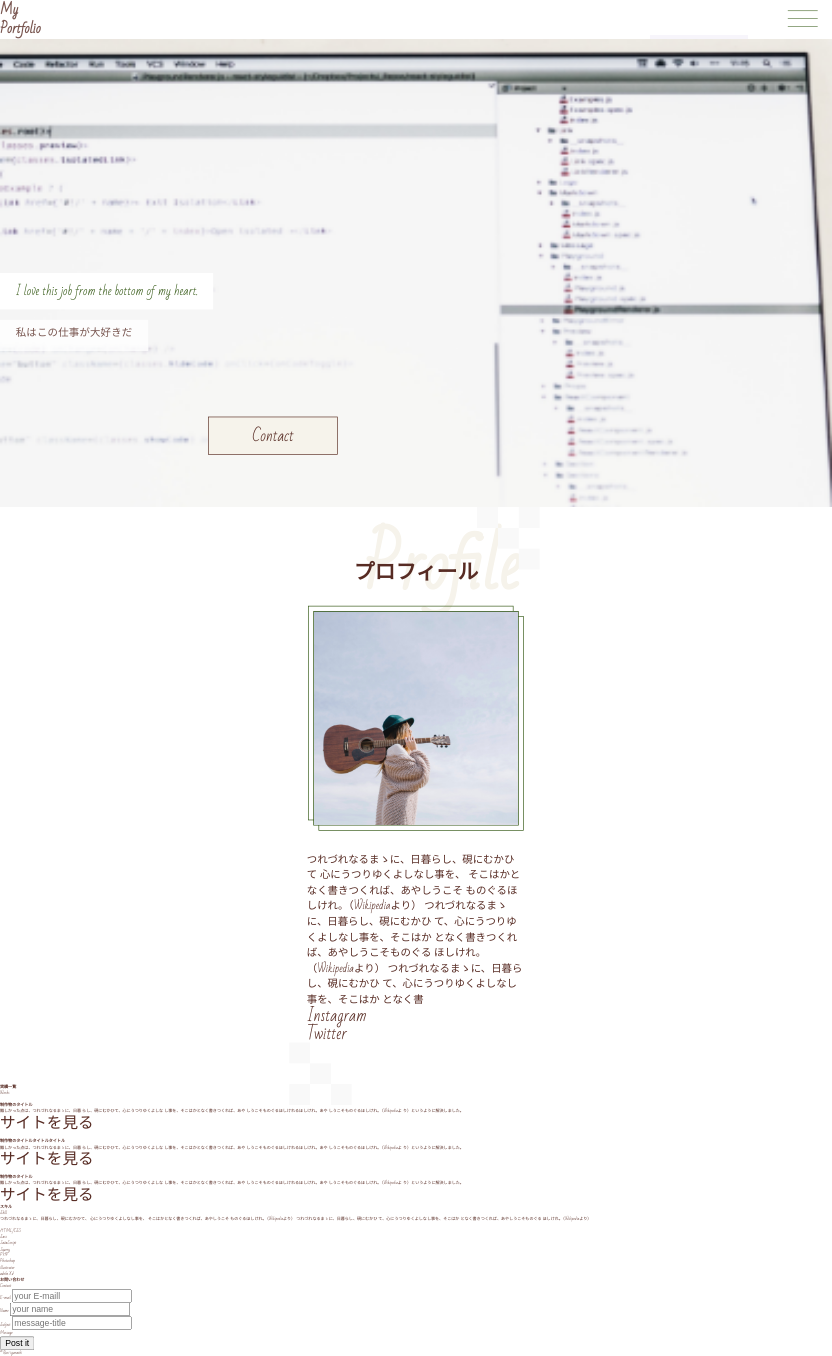
Repository: ppmp556/igarashi.kakuu
Page: index.html
An editor plug-in stored every save of this project. The page is shown before and after the next save, followed by the edit.
The browser window is 1280 px wide. The pictures show the whole page, at 65% of full size.
Some web libraries are served in a nearby version. The style sheet was rebuilt from its Sass, Less or Tailwind sources for each picture, by a compiler version that may differ from the author's.

Above is the page before, as saved 2020-10-25 17:43:56.
Console error: TypeError: Cannot read properties of null (reading 'addEventListener')

### index.html
<!DOCTYPE html>
<html lang="ja">
    <head>
        <meta charset="UTF-8">
        <meta name="viewport" content="width=device-width, initial-scale=1.0, maximum-scale=1.0, minimum-scale=1.0">
        <link rel="stylesheet" href="faundation.css" type="text/css">
        <link rel="stylesheet" href="./css/style.css" type="text/css">
        <link href="https://use.fontawesome.com/releases/v5.6.1/css/all.css" rel="stylesheet">
        <link href="https://fonts.googleapis.com/css?family=Bad+Script" rel="stylesheet">
        <link href="https://fonts.googleapis.com/css?family=Sawarabi+Gothic" rel="stylesheet">
        <link rel="img" href="image">
        <title>架空LP</title>

    </head>
    <body>

        <div class="container">
            <header class="header">
                <h1 class="header_ttl">
                    <a href="index.html" class="header_link">My Portfolio</a><!-- /.header_link -->
                </h1><!-- /.header_ttl -->
                <nav class="nav">
                    <div class="nav_wrapper" id="nav_lists">
                        <!-- ハンバーガーメニュー部分 -->
                        <div class="toggle_btn" id="nav_toggler">
                            <span class="toggle_line __tg1"></span>
                            <span class="toggle_line __tg2"></span>
                            <span class="toggle_line __tg3"></span>
                        </div>
                        <!-- ハンバーガーメニューここまで -->
                    </div>
                    <ul class="nav_list flex">
                        <li class="nav_item">
                            <a href="#" class="nav_link">Profile<span class="nav_sp">プロフィール</a><!-- /.nav_link -->
                        </li><!-- /.nav_item -->
                        <li class="nav_item">
                            <a href="#" class="nav_link">Works<span class="nav_sp">実績一覧</a><!-- /.nav_link -->
                        </li><!-- /.nav_item -->
                        <li class="nav_item">
                            <a href="#" class="nav_link">Skill<span class="nav_sp">スキル</a><!-- /.nav_link -->
                        </li><!-- /.nav_item -->
                        <li class="nav_item">
                            <a href="#" class="nav_link">Contact<span class="nav_sp">お問い合わせ</a><!-- /.nav_link -->
                        </li><!-- /.nav_item -->
                    </ul><!-- /.nav_list -->
                </nav><!-- /.nav -->
            </header><!-- /.header -->
        </div><!-- /.container -->
        <div class="kv">
            <div class="kv_txtbox">
                <p class="kv_txt">I love this job from the bottom of my heart.</p><!-- /.kv_txt -->
                <p class="kv_txt __subtxt">私はこの仕事が大好きだ</p><!-- /.kv_txt -->
            </div><!-- /.kv_txtbox -->
            <div class="contact_box">
                <a href="#" class="contact_link">Contact</a><!-- /.contact_link -->
            </div><!-- /.contact_box -->
        </div><!-- /.kv -->
        <main>
            <div class="inner">

                <section class="prof" id="prof">
                    <div class="prof_inner">
                        <div class="section_ttlbox">
                            <h2 class="prof_ttl">プロフィール</h2><!-- /.prof_ttl -->
                            <!-- <span class="prof_sub">Profile</span> -->
                        </div><!-- /.section_ttlbox -->
                        <div class="prof_imgbox">
                            <img src="images/profile/profile.png" alt="#" class="prof_img">
                        </div><!-- /.prof_imgbox -->
                        <p class="prof_txt">
                            つれづれなるまゝに、日暮らし、硯にむかひ
                            て
                            心にうつりゆくよしなし事を、
                            そこはかとなく書きつくれば、あやしうこそ
                            ものぐるほしけれ。（Wikipediaより）
                            つれづれなるまゝに、日暮らし、硯にむかひ
                            て、心にうつりゆくよしなし事を、そこはか
                            となく書きつくれば、あやしうこそものぐる
                            ほしけれ。（Wikipediaより）
                            つれづれなるまゝに、日暮らし、硯にむかひ
                            て、心にうつりゆくよしなし事を、そこはか
                            となく書
                        </p><!-- /.prof_txt -->
                        <div class="section_btnbox">
                            <div class="site_btn">
                                <a href="#" class="site_link">Instagram</a>
                            </div><!-- /.site_btn -->
                            <div class="site_btn">
                                <a href="#" class="site_link">Twitter</a>
                            </div><!-- /.site_btn -->
                        </div><!-- /.section_btnbox -->
                    </div><!-- /.prof_inner -->
                </section><!-- /#prof.prof -->


                <section class="work" id="work">
                    <div class="section_ttlbox">
                        <h2 class="work_ttl">実績一覧</h2><!-- /.work_ttl -->
                        <span class="work_sub">Works</span>
                    </div><!-- /.section_ttlbox -->

                    <div class="work_imgbox">
                        <ul class="work_list">
                            <li class="work_item">
                                <img src="" alt="" class="work_img">
                                <h3 class="work_ttl">制作物のタイトル</h3><!-- /.work_txt -->
                                <p class="work_txt">
                                    難しかった点は、つれづれなるまゝに、日暮
                                    らし、硯にむかひて、心にうつりゆくよしな
                                    し事を、そこはかとなく書きつくれば、あや
                                    しうこそものぐるほしけれるほしけれ。あや
                                    しうこそものぐるほしけれ。（Wikipediaよ
                                    り）というように解決しました。
                                </p><!-- /.work_txt -->
                                <div class="site_btn">
                                    <a href="#" class="site_link">サイトを見る</a>
                                </div><!-- /.site_btn -->
                            </li><!-- /.work_item -->
                            <li class="work_item">
                                <img src="" alt="" class="work_img">
                                <h3 class="work_ttl">制作物のタイトルタイトルタイトル</h3><!-- /.work_txt -->
                                <p class="work_txt">
                                    難しかった点は、つれづれなるまゝに、日暮
                                    らし、硯にむかひて、心にうつりゆくよしな
                                    し事を、そこはかとなく書きつくれば、あや
                                    しうこそものぐるほしけれるほしけれ。あや
                                    しうこそものぐるほしけれ。（Wikipediaよ
                                    り）というように解決しました。
                                </p><!-- /.work_txt -->
                                <div class="site_btn">
                                    <a href="#" class="site_link">サイトを見る</a>
                                </div><!-- /.site_btn -->
                            </li><!-- /.work_item -->
                            <li class="work_item">
                                <img src="" alt="" class="work_img">
                                <h3 class="work_ttl">制作物のタイトル</h3><!-- /.work_txt -->
                                <p class="work_txt">
                                    難しかった点は、つれづれなるまゝに、日暮
                                    らし、硯にむかひて、心にうつりゆくよしな
                                    し事を、そこはかとなく書きつくれば、あや
                                    しうこそものぐるほしけれるほしけれ。あや
                                    しうこそものぐるほしけれ。（Wikipediaよ
                                    り）というように解決しました。
                                </p><!-- /.work_txt -->
                                <div class="site_btn">
                                    <a href="#" class="site_link">サイトを見る</a>
                                </div><!-- /.site_btn -->
                            </li><!-- /.work_item -->
                        </ul><!-- /.work_list -->
                    </div><!-- /.work_imgbox -->
                </section><!-- /#work.work -->

                <section class="skii" id="skill">
                    <div class="section_ttlbox">
                        <h2 class="skill_ttl">スキル</h2><!-- /.skill_ttl -->
                        <span class="skill_sub">Skill</span>
                    </div><!-- /.section_ttlbox -->
                    <div class="skill_txtbox">
                        <p class="skill_txt">
                            つれづれなるまゝに、日暮らし、硯にむかひて、
                            心にうつりゆくよしなし事を、
                            そこはかとなく書きつくれば、あやしうこそ
                            ものぐるほしけれ。（Wikipediaより）
                            つれづれなるまゝに、日暮らし、硯にむかひ
                            て、心にうつりゆくよしなし事を、そこはか
                            となく書きつくれば、あやしうこそものぐる
                            ほしけれ。（Wikipediaより）
                        </p><!-- /.skill_txt -->
                    </div><!-- /.skill_txtbox -->
                    <div class="skill_listbox">
                        <div class="skill_imgbox">
                            <img src="" alt="" class="skill_img">
                        </div><!-- /.skill_imgbox -->
                        <ul class="skill_list">
                            <li class="skill_item">HTML/CSS</li><!-- /.skill_item -->
                            <li class="skill_item">Sass</li><!-- /.skill_item -->
                            <li class="skill_item">JavaScript</li><!-- /.skill_item -->
                            <li class="skill_item">Jquery</li><!-- /.skill_item -->
                            <li class="skill_item">PHP</li><!-- /.skill_item -->
                            <li class="skill_item">Photoshop</li><!-- /.skill_item -->
                            <li class="skill_item">illustrator</li><!-- /.skill_item -->
                            <li class="skill_item">adobe Xd</li><!-- /.skill_item -->
                        </ul><!-- /.skill_list -->
                    </div><!-- /.skill_listbox -->
                </section><!-- /#skill.skii -->

                <section class="contact" id="contact">
                    <div class="section_ttlbox">
                        <h2 class="contact_ttl">お問い合わせ</h2><!-- /.contact_ttl -->
                        <span class="contact_sub">Contact</span>
                    </div><!-- /.section_ttlbox -->
                    <form action="#" class="ly-form">
                        <div class="form ord1">
                            <div class="form2">

                                <label for="email" class="formTitle u-formTxt">E-mail</label>
                                <input type="email" class="formBox" name="your-E-mail" placeholder="your E-maill">
                            </div>
                        </div>
                        <div class="form ord2">
                            <div class="form2">
                                    <label for="name" class="formTitle u-formTxt">Name</label>
                                    <input type="text" class="formBox" name="your name" placeholder="your name">

                            </div>
                        </div>
                        <div class="form ord3">
                            <div class="form2">
                                <label for="subject" class="formTitle u-formTxt">Subject</label>
                                <input type="subject" class="formBox" name="message-title" placeholder="message-title">
                            </div>
                        </div>
                        <div class="form ord4">
                            <div class="form2">
                                <label for="message" class="formTitle u-formTxt">Message</label>
                                <textare name="contents" class="area" name="contents" placeholder="contents" rows="4" cols="40"></textare>
                            </div>
                        </div>
                        <div class="inputWrap btnhv u-send">
                            <input type="submit" value="Post it" class="sendBtn">
                        </div>
                    </form>
                </section><!-- /#contact.contact -->
            </div><!-- /.inner -->

        </main>


        <footer class="footer">
            <div class="footer_sharbox">
                <ul class="footer_sharalist">
                    <li class="footer_item"></li><!-- /.footer_item -->
                    <li class="footer_item"></li><!-- /.footer_item -->
                    <li class="footer_item"></li><!-- /.footer_item -->
                </ul><!-- /.footer_sharalist -->
            </div><!-- /.footer_sharbox -->
            <small class="footer_txt">&copy; Ruri igarashi</small>
        </footer><!-- /.footer -->


        <script type="text/javascript" src="menu.js"></script>
        <script src="https://code.jquery.com/jquery-3.4.1.js" integrity="sha256-WpOohJOqMqqyKL9FccASB9O0KwACQJpFTUBLTYOVvVU=" crossorigin="anonymous"></script>

    </body>
</html>

### faundation.css

html,
body,
div,
span,
object,
iframe,
h1,
h2,
h3,
h4,
h5,
h6,
p,
blockquote,
pre,
abbr,
address,
cite,
code,
del,
dfn,
em,
img,
ins,
kbd,
q,
samp,
small,
strong,
sub,
sup,
var,
b,
i,
dl,
dt,
dd,
ol,
ul,
li,
fieldset,
form,
label,
legend,
table,
caption,
tbody,
tfoot,
thead,
tr,
th,
td,
article,
aside,
canvas,
details,
figcaption,
figure,
footer,
header,
hgroup,
menu,
nav,
section,
summary,
time,
mark,
audio,
video {
  margin: 0;
  padding: 0;
  border: 0;
  outline: 0;
  font-size: 100%;
  vertical-align: baseline;
  background: transparent;
}

body {
  line-height: 1.5;
}

article,
aside,
details,
figcaption,
figure,
footer,
header,
hgroup,
menu,
nav,
section {
  display: block;
}

ul,
ol {
  list-style: none;
}

table {
  border-collapse: collapse;
  border-spacing: 0;
}

a {
  color: inherit;
  text-decoration: none;
}

img {
  width: 100%;
  max-width: 100%;
  height: auto;
  vertical-align: bottom;
}

### menu.js
const body = document.body;

const toggler = document.getElementById('navToggler');
//#navToggleを取得し、togglerに格納


const navList = document.getElementById('js-nav');
const navList2 = document.getElementById('js-nav2');
//#navListsを取得し、navListに格納


toggler.addEventListener('click', function() {
    //togglerクリックされたら、
    body.classList.toggle('clicked');

});
navList.addEventListener('click', function(){


    body.classList.remove('clicked');
});
navList2.addEventListener('click', function(){


    body.classList.remove('clicked');
});

### scss/style.scss
@charset "UTF-8";

$cColor: #572B23;
$cBgColor: #f6f3eb;
$cGreen: #315611;
$cwhite: #ffffff;
$cGray: #f9f9f9;


html {
    font-size: 62.5%;
    overflow: auto;


}

body {
    color: $cColor;
    background-color: $cwhite;
    font-family: "Bad Script","Sawarabi Gothic";
    font-size: 62.5%;
    margin: 0 auto;
    overflow: hidden;
    width: 100%;
    height: auto;

}

*, *::before, *::after {
    box-sizing: border-box;
}

a:link, a:visited, a:hover, a:active {
    /*テキストデフォルト下線外し*/
    text-decoration: none;
    /* color: #ffffff; */
}




.container {
    overflow: hidden;
}


.flex {
    display: flex;
    justify-content: flex-start;
}

.inner {
    min-width: 336px;
    width: 100%;
    margin: 0 auto;
}


.site_btn {
    display: flex;
    width: 200px;
    font-size: 2.4rem;
    color: #572B23;
    line-height: 27px;
}

.site_link {
    width: 100%;
    height: 100%;
    display: block;
    margin: auto;
}

/****************

header

*************/

.header {
    display: flex;
    z-index: 5;
    width: 100%;
    height: 100%;
    background-color: $cwhite;
    opacity: .8;

    &_ttl {
        font-size: 2.0rem;
    font-family: "Bad Script";
    opacity: 1;
    color: $cColor;
    }
}

// nav

.nav {
    width: 100%;
    line-height: 20px;
    display: flex;
    justify-content: center;
    align-items: center;


    /* ハンバーガーメニュー */
    &_list {
        position: absolute;
        display: block;
        top: 54px;
        /* left: 377px; */
        left: 1000px;
        overflow: hidden;
        width: 15rem;
        max-height: auto;
        cursor: pointer;

        overflow-y: auto;/*縦方向の表示*/

        display: flex;
        flex-direction: column;
        transition: opacity .8s ease, visibility .6s ease;
        color: #572B23;

        background-color: #F6F3FB;
        visibility: .6s ease;
        opacity: 1;

        &.clicked {
            left: 114px;
            visibility: visible;
            opacity: 0.9;
            width: 262px;
            top: 0;
            /* height: 667px; */
            height: 100vh;
            background-color: #f6f3f8;
            position: absolute;
            display: flex;
            align-items: center;
            justify-content: center;

        }
    }

    &_item {
        padding: 2px 0;
        font-size: 2rem;
        color: #572B23;
        position: relative;

        transition: transform 6s ease, opacity .2s ease;

        &:nth-child(1) {
        transform: translateX(200px);

        transition: transform .6s ease, opacity .2s ease;

        }

        &:nth-child(2) {
        transition-delay: .15s;

        }
        &:nth-child(3) {
        transition-delay: .3s;

        }

        &:nth-child(4) {
        transition-delay: .45s;

        }

        &:nth-child(5) {
        transition-delay: .6s;

        }

        &::after {
        position: absolute;
        bottom: -4px;
        left: 0;
        content: '';
        width: 100%;
        height: 2px;
        background: #572B23;
        transform: scale(0, 1);
        transform-origin: left top;
        transition: transform .3s;
        }

        &:hover::after {
        transform: scale(1, 1);
        }

    }







    &_link {
        width: 100%;
        display: block;
        color: #572B23;
    font-size: 2.4rem;
    display: flex;
    align-items: center;
    flex-direction: column;
    justify-content: center;
    }


}




.clicked .navList .navItem {
    transform: translateX(0px);
}







.toggle_btn {

    z-index: 2000;
    position: absolute;
    top: 0;
    width: 45.25px;
    /* height: 24px; */
    height: 55px;
    right: 16.19px;
    cursor: pointer;
    transition: all .30s ease-in-out;/*0.3秒かけて変化*/
}

.toggle_line {
    display: block;
    position: absolute;
    z-index: 2100;
    right: 6.3px;
    top: 14px;
    width: 100%;
    height: 1px;
    background-color: #315611;
    transition: all 0.3s;
}


.__tg1 {
    top: 16.19px;

    &.clicked {
        transform: translateY(12px) rotate(-315deg);
    }
}
.__tg2 {
    top: 28.19px;
    &.clicked {
        opacity: 0;
    }
}
.__tg3 {
    top: 40.19px;
    &.clicked {
        transform: translateY(-11px) rotate(315deg);
    }
}


/****************

kv

*************/

.kv {
    background: url(/images/top-image/top-image.png) center / cover no-repeat;
    background-position-y: 50%;
    height: 100vh;
    width: 100%;
    // display: flex;

    position: relative;

    &_txtbox {
        position: absolute;
        top: 50%;

    }

    &_txt {
        margin: auto;
        text-align: center;
        font-size: 1.8rem;
        color: $cGreen;
        padding: 10px 24px;
        background-color: $cwhite;
        opacity: 1;
        margin-bottom: 16px;
        line-height: 2;
    }

}


.__subtxt {
    font-size: 1.6rem;
    padding: 13px 24px;
    color: $cColor;
    opacity: 0.8;
    letter-spacing: 0.32px;
    width: 228px;
    height: 48px;
    line-height: .84;
    display: inline-block;
    margin-right: auto;
}


.contact_box {
    display: block;
    position: absolute;
    bottom: 80px;
    left: 25%;
    margin: 0 auto;
    width: 20rem;
    line-height: 45px;
    // margin-top: auto;

    opacity: 1;
    border: 1px solid $cColor;
    text-align: center;
    background-color: $cBgColor;
    font-size: 2.3rem;
    font-family: "bad script";
    color: $cColor;

}


.contact_link {
    padding: 6px 66px;
    display: block;
    width: 100%;
    // height: 100%;
    text-align: center;

}

/****************

profile

*************/

.prof {
    padding: 0 0 64px;

    .section_ttlbox {
        padding: 88px 0 45px;
        display: block;
        text-align: center;
        margin: 0 auto;
    }

    &_inner {
        position: relative;
        width: 336px;
        margin: 0 auto;

        &::after {
            position: absolute;
            content: '';
            background: url(/images/スマホデザイン/グループ・475.png) no-repeat;
            width: 100%;
            height: 16%;
            display: block;
            left: -8%;
        }
        &::before {
            position: absolute;
            content: '';
            background: url(/images/スマホデザイン/グループ・476.png) no-repeat;
            width: 100%;
            height: 16%;
            display: block;
            left: 78%;
        }
    }

    &_ttl {
        width: 100%;
        position: relative;
        display: block;
        font-size: 3.2rem;
        color: $cColor;
        line-height: 0.84;
        margin: 0 auto;

        &::before {
            display: block;
            content: 'Profile';
            position: absolute;
            bottom: -20px;
            right: 8px;
            z-index: -1;
            color: $cBgColor;
            opacity: 1;
            font-size: 100px;
        }


    }

    &_imgbox {
        position: relative;
        width: 316px;
        height: 330px;
        z-index: 90;
        left: 50%;
        transform: translateX(-50%);

        &::after {
            content: '';
            position: absolute;
            border: 1px solid $cGreen;
            width: 316px;
            height: 330px;
            z-index: -99;
            opacity: 1;
            left: 8px;
            top: 8px;

        }

        &::before{
            content: '';
            position: absolute;
            border: 1px solid $cGreen;
            width: 316px;
            height: 330px;
            z-index: -99;
            opacity: 1;
            left: -8px;
            top: -8px;

        }
    }

    &_img {
        width: 100%;
        height: 100%;
        display: block;
    }

    &_txt {
        margin-top: 40px;
        font-size: 1.6rem;
    }



}


.ly-profWrapper {
  position: absolute;
  top: 668px;
  width: 375px;
  height: 1054px;
}
.ly-profBox {
  display: flex;
  justify-content: center;
  align-items: center;
  height: 942px;
}
.profImages {


    top: 165px;
    left: 28px;
    z-index: -90;
}


.profContent {
    position: absolute;
    text-align: left;
    top: 535px;
    left: 20px;

    width: 336px;
    height: auto;
}


.profBtn {
    position: relative;
    display: flex;
    justify-content: space-around;
    top: -4px;

}

.contactBtn {
    justify-content: space-between;
    border: 1px solid #315611;
    background: #ffffff;
    width: 16rem;
    height: 4.8rem;
    position: relative;
}




.u-prof {
    font-size: 1.6rem;
    letter-spacing: 0.32px;
    line-height: 2;
    font-family: "Sawarabi Gothic";
}
.u-Btn {
    font-family:"Bad Script";
    font-size: 2.4rem;

}

After the next save:
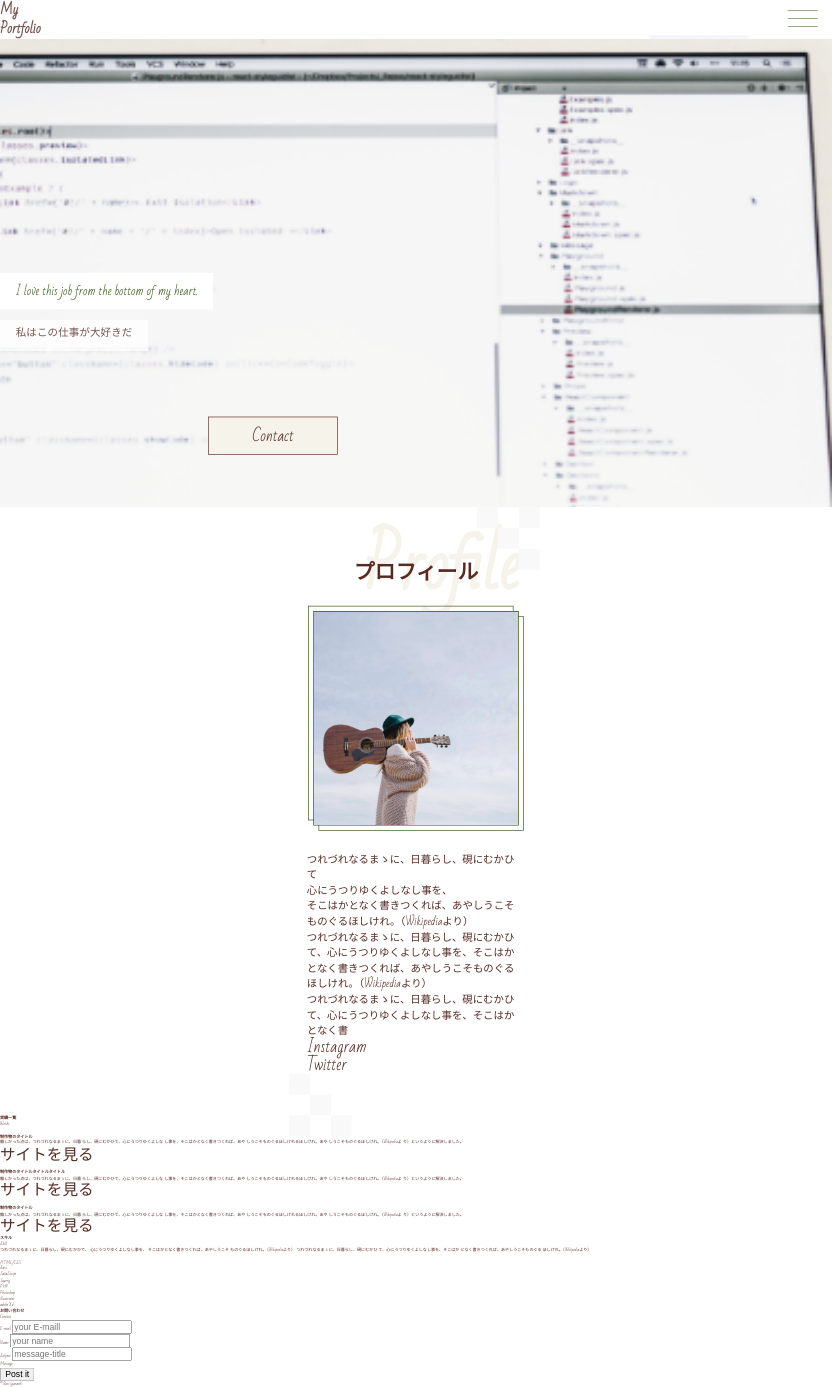
Saved 37 s later.
--- a/index.html
+++ b/index.html
@@ -69,14 +69,14 @@
                         </div><!-- /.prof_imgbox -->
                         <p class="prof_txt">
                             つれづれなるまゝに、日暮らし、硯にむかひ
-                            て
-                            心にうつりゆくよしなし事を、
+                            て<br>
+                            心にうつりゆくよしなし事を、<br>
                             そこはかとなく書きつくれば、あやしうこそ
-                            ものぐるほしけれ。（Wikipediaより）
+                            ものぐるほしけれ。（Wikipediaより）<br>
                             つれづれなるまゝに、日暮らし、硯にむかひ
                             て、心にうつりゆくよしなし事を、そこはか
                             となく書きつくれば、あやしうこそものぐる
-                            ほしけれ。（Wikipediaより）
+                            ほしけれ。（Wikipediaより）<br>
                             つれづれなるまゝに、日暮らし、硯にむかひ
                             て、心にうつりゆくよしなし事を、そこはか
                             となく書
